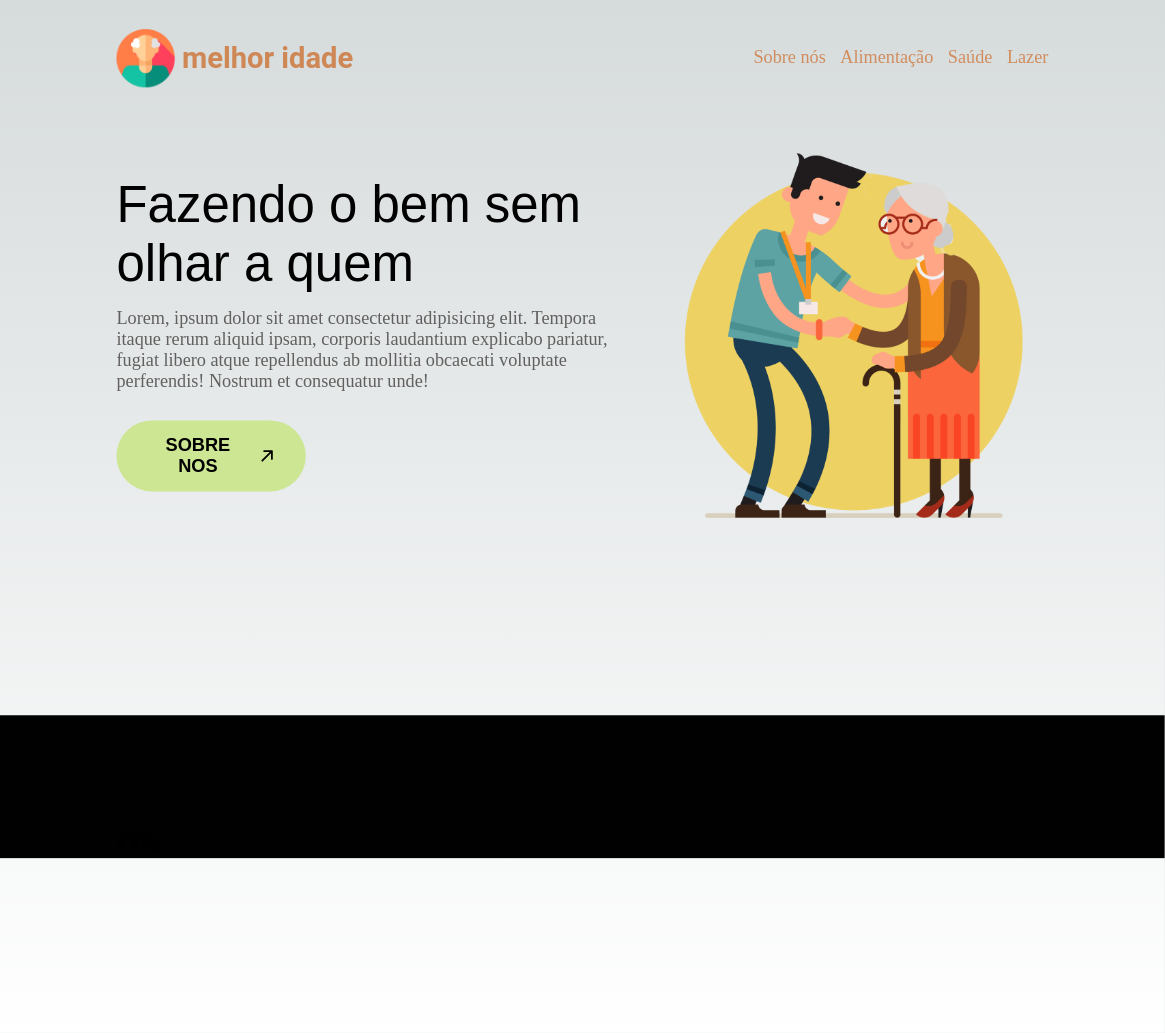
Repository: Giopol12/melhor-idade-online
Page: /index.page
The author's editor kept a copy of each file at every save. The page is drawn from the files as they stood at one save, then again after the next save.
The browser window is 1280 px wide. The pictures show the whole page, at 91% of full size.
The project was rebuilt for these pictures with package versions that can differ from the ones it lists, and the page was loaded fresh each time. The framework's server and built-in components were replaced by stand-ins that run in the browser. Also part of the build but not shown: next.config.js.

Above is the page before, as saved 2023-11-21 10:20:55.

After the next save:
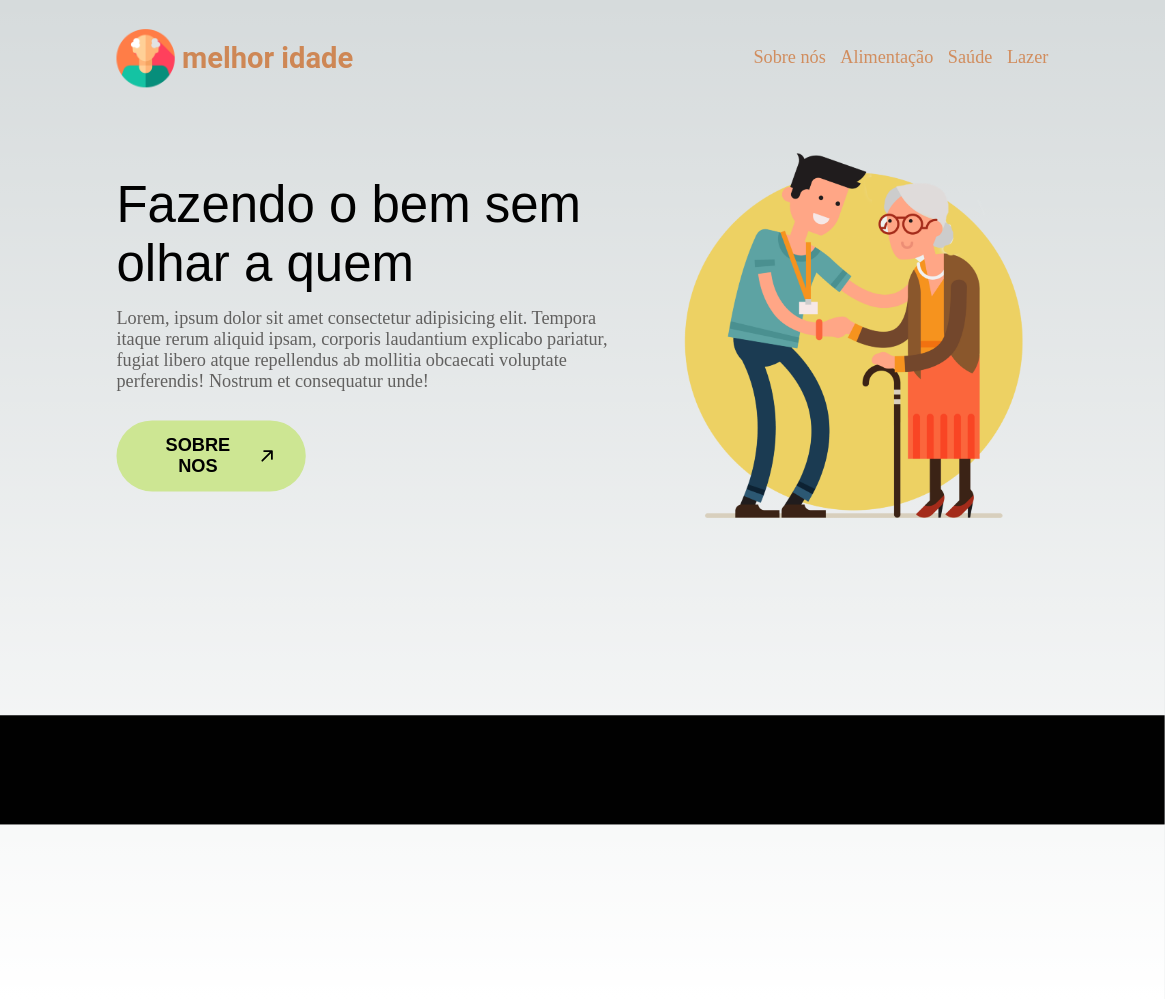
Saved 15 s later.
--- a/src/components/OurMission/index.tsx
+++ b/src/components/OurMission/index.tsx
@@ -1,10 +1,14 @@
-import { OurMissionContainer, OurMissionContentContainer } from './styles'
+import {
+  OurMissionContainer,
+  OurMissionContentContainer,
+  OurMissionTitleAndDescriptionContainer,
+} from './styles'
 
 export function OurMission() {
   return (
     <OurMissionContainer>
       <OurMissionContentContainer>
-        <h1>Ola</h1>
+        <OurMissionTitleAndDescriptionContainer></OurMissionTitleAndDescriptionContainer>
       </OurMissionContentContainer>
     </OurMissionContainer>
   )

After the save that followed:
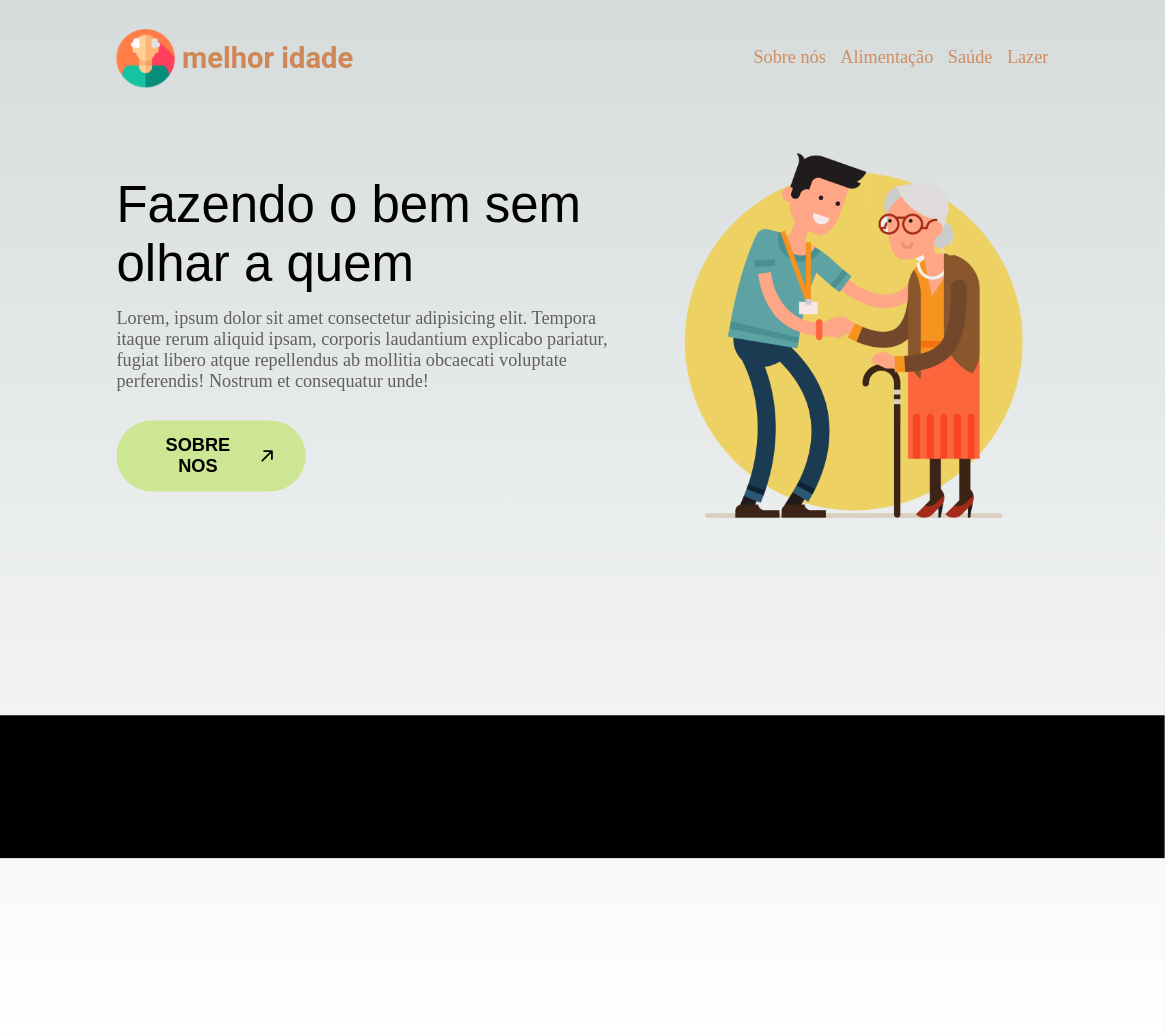
Saved 44 s later.
--- a/src/components/OurMission/index.tsx
+++ b/src/components/OurMission/index.tsx
@@ -8,7 +8,9 @@
   return (
     <OurMissionContainer>
       <OurMissionContentContainer>
-        <OurMissionTitleAndDescriptionContainer></OurMissionTitleAndDescriptionContainer>
+        <OurMissionTitleAndDescriptionContainer>
+          <h1>A nossa missão é fazer a diferença</h1>
+        </OurMissionTitleAndDescriptionContainer>
       </OurMissionContentContainer>
     </OurMissionContainer>
   )
